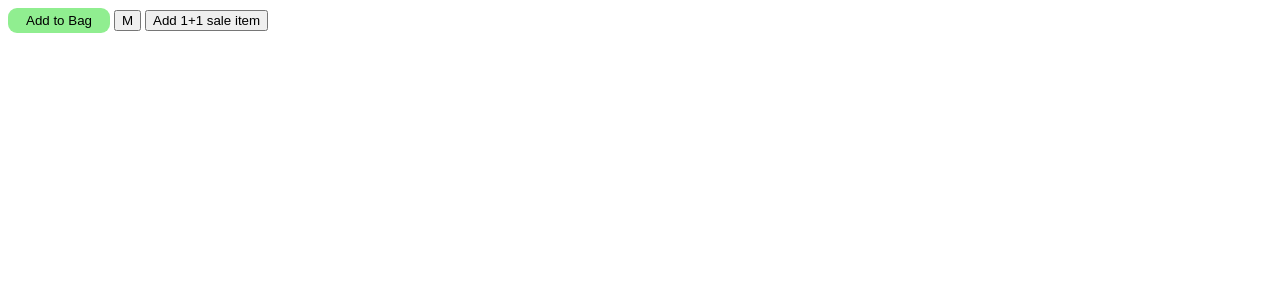
Repository: nihalani20/Learning-Js
Page: practice_set2/index.html
The author's editor kept a copy of each file at every save. The page is drawn from the files as they stood at one save, then again after the next save.
The browser window is 1280 px wide. The pictures show the whole page.

Above is the page before, as saved 2023-12-09 12:24:52.

After the next save:
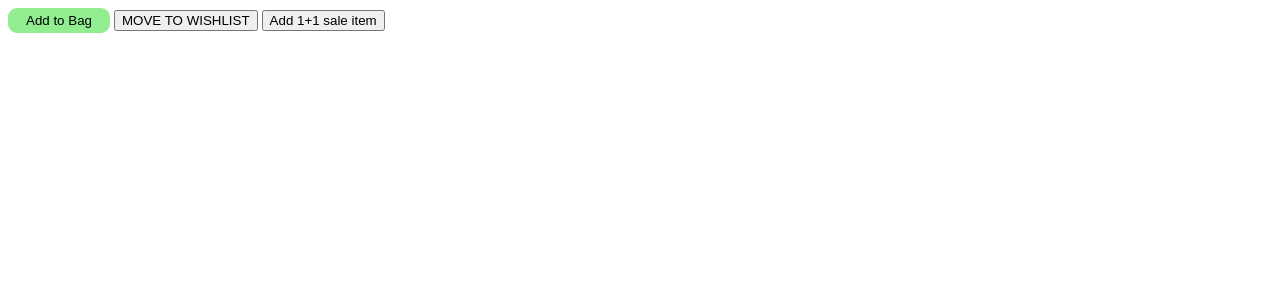
Saved 10 s later.
--- a/practice_set2/index.html
+++ b/practice_set2/index.html
@@ -10,7 +10,7 @@
 <body>
   <main>
      <button class="bag" onclick="alert('Added to bag')">Add to Bag</button>
-      <button class="wishlist" onclick="alert('Added to wishlist')">M</button>
+      <button class="wishlist" onclick="alert('Added to wishlist')">MOVE TO WISHLIST</button>
       <button class="item" onclick="alert('Item added')">Add 1+1 sale item</button>
 
   </main>
